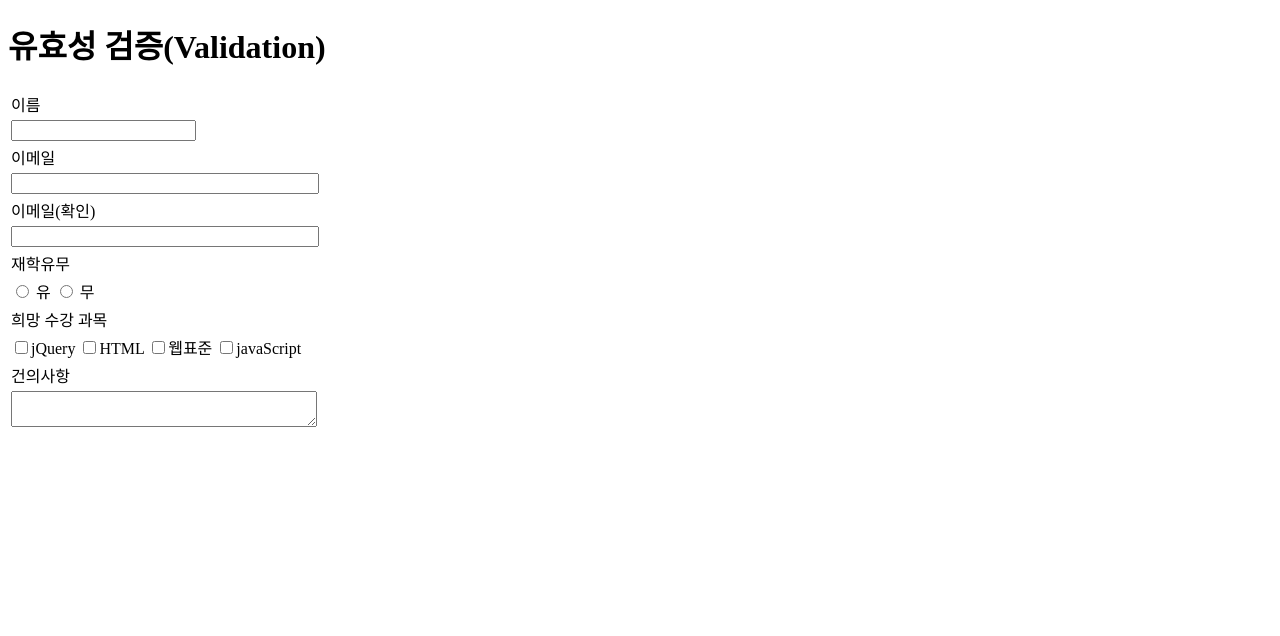
Repository: brotherdoor/myworkplace
Page: http://localhost/AjaxWithXML/validation.jsp
An editor plug-in stored every save of this project. The page is shown before and after the next save, followed by the edit.
The browser window is 1280 px wide. The pictures show the whole page.
Some web libraries are served in a nearby version. The page is served by Tomcat 9. Other server files are loaded and not shown.

Above is the page before, as saved 2017-03-10 02:44:05.

### mybatis/AjaxWithXML/WebContent/validation.jsp
<%@ page language="java" contentType="text/html; charset=EUC-KR"
    pageEncoding="EUC-KR"%>
<!DOCTYPE html PUBLIC "-//W3C//DTD HTML 4.01 Transitional//EN" "http://www.w3.org/TR/html4/loose.dtd">
<html>
<head>
<meta http-equiv="Content-Type" content="text/html; charset=EUC-KR">
<title>Insert title here</title>
<script type="text/javascript"
	src="https://ajax.googleapis.com/ajax/libs/jquery/3.1.1/jquery.min.js"></script>
</head>
<body>
	<h1>유효성 검증(Validation)</h1>
	<form action="#">
		<table>
			<tr><td>이름</td></tr>
			<tr><td><input type="text" id="name"></td></tr>
			<tr><td>이메일</td></tr>
			<tr><td><input type="text" id="name" style="width: 300px"></td></tr>
			<tr><td>이메일(확인)</td></tr>
			<tr><td><input type="text" id="name" style="width: 300px"></td></tr>
			<tr><td>재학유무</td></tr>
			<tr><td>
				<input type="radio" name="school" id="yes">
                    <label for="yes">유</label>
                <input type="radio" name="school" id="no">
                    <label for="no">무</label>
			</td></tr>
			<tr><td>희망 수강 과목</td></tr>
			<tr><td>
				<input type="checkbox"><label>jQuery</label>
				<input type="checkbox"><label>HTML</label>
				<input type="checkbox"><label>웹표준</label>
				<input type="checkbox"><label>javaScript</label>
			</td></tr>
			<tr><td>건의사항</td></tr>
			<tr><td><textarea id="wish" style="width: 300px"></textarea></td></tr>
		</table>
	</form>

</body>
</html>

After the next save:
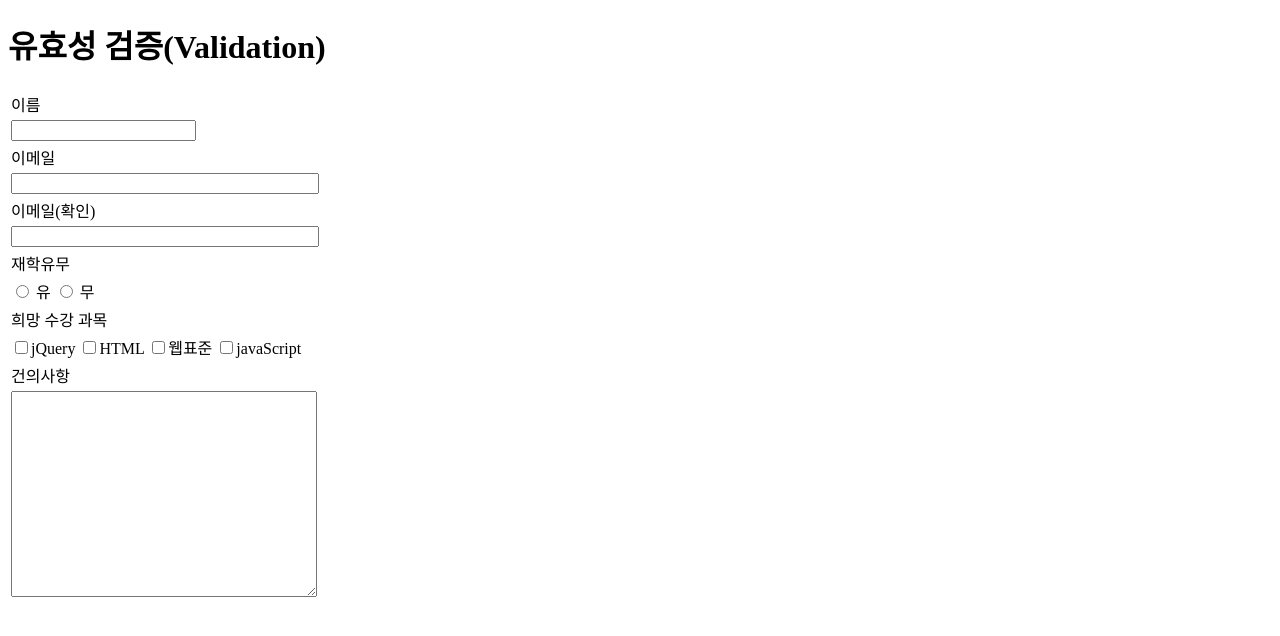
Saved 15 s later.
--- a/mybatis/AjaxWithXML/WebContent/validation.jsp
+++ b/mybatis/AjaxWithXML/WebContent/validation.jsp
@@ -33,7 +33,7 @@
 				<input type="checkbox"><label>javaScript</label>
 			</td></tr>
 			<tr><td>건의사항</td></tr>
-			<tr><td><textarea id="wish" style="width: 300px"></textarea></td></tr>
+			<tr><td><textarea id="wish" style="width: 300px; height: 200px"></textarea></td></tr>
 		</table>
 	</form>
 
